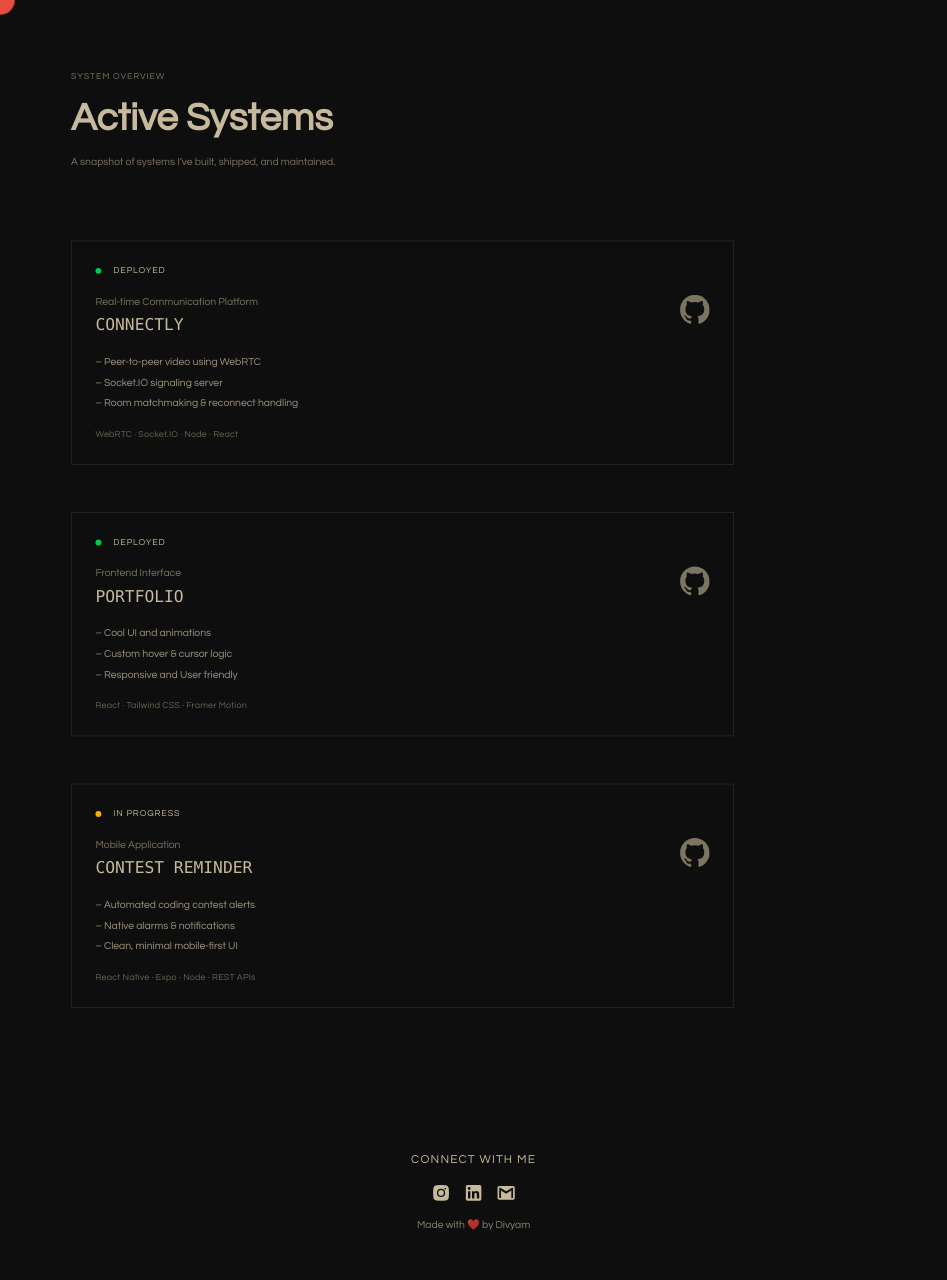
Repository: divyamGNH/DivyamPF
Page: /projects
The author's editor kept a copy of each file at every save. The page is drawn from the files as they stood at one save, then again after the next save.
The browser window is 1280 px wide. The pictures show the whole page, at 74% of full size.
The project was rebuilt for these pictures with package versions that can differ from the ones it lists, and the page was loaded fresh each time. Also part of the build but not shown: vite.config.js, src/App.css, src/components/MaskLayer.jsx, src/pages/Landing.jsx, src/pages/topProjects.jsx, src/pages/Navigations.jsx, src/animations/ScrolltoAnimate.jsx, src/pages/Home.jsx and 4 more.

Above is the page before, as saved 2025-12-21 03:24:01.

### index.html
<!doctype html>
<html lang="en">
  <head>
    <meta charset="UTF-8" />
    <meta name="viewport" content="width=device-width, initial-scale=1.0" />
    <title>DivyamPF</title>
    <link href="https://fonts.googleapis.com/css2?family=Poppins:wght@100..900&family=Questrial&display=swap" rel="stylesheet">
  </head>
  <body>
    <div id="root"></div>
    <script type="module" src="/src/main.jsx"></script>
  </body>
</html>

### src/App.jsx
import { BrowserRouter as Router, Routes, Route } from "react-router-dom";
import "./App.css";

import Home from "./pages/Home";
// import { MouseProvider } from "./Context/MouseContext.jsx";
import About from "./pages/About.jsx";
import Projects from "./pages/Projects.jsx";

import useMouseTracking from "./Hooks/useMouseTracking.js";
import CursorFollower from "./components/CursorFollower.jsx";
import Footer from "./pages/Footer.jsx";

function App() {

  useMouseTracking();

  return (
      <Router>
        <CursorFollower/>

        <Routes>
          <Route path="/" element={<Home />} />
          <Route path="/about" element={<About />} />
          <Route path="/projects" element={<Projects/>} />
          {/* <Route path="/contact" element={<Contact />} /> */}
        </Routes>

        <Footer/>
      </Router>

  );
}

export default App;

### src/index.css
@import url('https://fonts.googleapis.com/css2?family=Poppins:wght@100..900&family=Questrial&display=swap');
@import "tailwindcss";

body {
  margin: 0;
  background-color: #0E0E0E;
  font-family: 'Questrial', sans-serif;
}

### src/pages/Projects.jsx
import ProjectLanding from "./ProjectLanding"
import Socials from "./Socials"
import Navigations from "./Navigations"

const Projects = () => {
  return (
    <ProjectLanding/>
  )
}

export default Projects

### src/Hooks/useMouseTracking.js
import {useEffect} from "react";
import useMouseStore from "../Store/useMouseStore";

const useMouseTracking = ()=>{
    const setPosition = useMouseStore(state => state.setPosition);

    useEffect(()=>{
        const handleMouseMove = (e) => {
            setPosition(e.clientX, e.clientY);
        };

        window.addEventListener('mousemove', handleMouseMove);

        return () => {
            window.removeEventListener('mousemove', handleMouseMove);
        };
    },[setPosition]);
}

export default useMouseTracking;

### src/components/CursorFollower.jsx
import { motion } from 'framer-motion';
import useMouseStore from '../Store/useMouseStore.js';

const CursorFollower = () => {
  const x = useMouseStore(state => state.x);
  const y = useMouseStore(state => state.y);

  return (
    <>
      <motion.div
        className="cursor-circle"
        style={{
          position: 'fixed',
          width: '40px',
          height: '40px',
          borderRadius: '50%',
          backgroundColor: '#E74C3C',
          pointerEvents: 'none',
          zIndex: 1,
          // mixBlendMode: 'difference',
        }}
        animate={{
          left: x - 20,
          top: y - 20,
        }}
        transition={{
          type: 'spring',
          stiffness: 500,
          damping: 28,
          mass: 0.5,
        }}
      />
    </>
  );
};

export default CursorFollower;

### src/pages/Footer.jsx
function Footer() {
  return (
    <div
      id="footer"
      className="relative w-full max-w-full overflow-x-hidden bg-[#0E0E0E] text-[#C7B99B] py-16 z-1000"
    >
      <div className="flex flex-col items-center text-center gap-5">

        {/* TITLE */}
        <p className="tracking-widest text-md sm:text-base">
          CONNECT WITH ME
        </p>

        {/* SOCIAL ICONS */}
        <div className="flex items-center gap-4">
          <a href="https://www.instagram.com/divvvvvyam/" className="hover:opacity-80 transition" target="_blank" rel="noopener noreferrer">
            <img src="./instaIcon.svg" alt="Instagram" className="w-7 h-7" />
          </a>

          <a href="https://www.linkedin.com/in/divyam-khandelwal-b54594338/" className="hover:opacity-80 transition" target="_blank" rel="noopener noreferrer">
            <img src="./linkedinIcon.svg" alt="LinkedIn" className="w-7 h-7" />
          </a>

          <a href="https://mail.google.com/mail/?view=cm&fs=1&to=divyamproff1521@gmail.com" target="_blank" rel="noopener noreferrer" className="hover:opacity-80 transition">
            <img src="./gmailIcon.svg" alt="Email" className="w-7 h-7" />
          </a>

        </div>

        {/* FOOTER NOTE */}
        <p className="text-sm opacity-70">
          Made with ❤️ by Divyam
        </p>

      </div>
    </div>
  );
}

export default Footer;

### src/pages/ProjectLanding.jsx
// import GitHubIcon from "./github.svg";

function ProjectLanding() {
  return (
    <div className="min-h-[100svh] bg-[#0E0E0E] text-[#C7B99B] font-[Questrial] px-6 sm:px-12 md:px-24 pt-24 pb-32">
      {/* HEADER */}
      <div className="mb-24">
        <p className="text-xs tracking-widest opacity-60 mb-4">
          SYSTEM OVERVIEW
        </p>

        <h1 className="font-extrabold text-[38px] sm:text-[52px] leading-tight">
          Active Systems
        </h1>

        <p className="text-sm opacity-60 mt-4 max-w-xl">
          A snapshot of systems I’ve built, shipped, and maintained.
        </p>
      </div>

      {/* SYSTEM LIST */}
      <div className="space-y-16 max-w-4xl">
        <System
          status="DEPLOYED"
          statusColor="bg-green-500"
          title="Real-time Communication Platform"
          name="CONNECTLY"
          details={[
            "Peer-to-peer video using WebRTC",
            "Socket.IO signaling server",
            "Room matchmaking & reconnect handling",
          ]}
          stack="WebRTC · Socket.IO · Node · React"
          liveLink="https://connectly-video.vercel.app/"
          githubLink="https://github.com/divyamGNH/Connectly"
        />

        <System
          status="DEPLOYED"
          statusColor="bg-green-500"
          title="Frontend Interface"
          name="PORTFOLIO"
          details={[
            "Cool UI and animations",
            "Custom hover & cursor logic",
            "Responsive and User friendly",
          ]}
          stack="React · Tailwind CSS · Framer Motion"
          liveLink="https://divyamk.vercel.app/"
          githubLink="https://github.com/divyamGNH/DivyamPF"
        />

        <System
          status="IN PROGRESS"
          statusColor="bg-yellow-500"
          title="Mobile Application"
          name="CONTEST REMINDER"
          details={[
            "Automated coding contest alerts",
            "Native alarms & notifications",
            "Clean, minimal mobile-first UI",
          ]}
          stack="React Native · Expo · Node · REST APIs"
          liveLink="—"
          githubLink="https://github.com/divyamGNH/ContestReminder"
        />
      </div>
    </div>
  );
}

function System({
  status,
  statusColor,
  title,
  name,
  details,
  stack,
  liveLink,
  githubLink,
}) {
  return (
    <a
      href={liveLink}
      target="_blank"
      rel="noopener noreferrer"
      className="
        block
        border border-[#2A2A2A]
        p-6 sm:p-8
        transition-colors duration-300
        hover:border-[#3A3A3A]
        hover:bg-[#121212]
      "
    >
      {/* STATUS */}
      <div className="flex items-center gap-4 mb-6">
        <span className={`w-2 h-2 rounded-full ${statusColor}`} />
        <p className="text-xs tracking-widest">{status}</p>
      </div>

      {/* TITLE ROW */}
      <div className="flex items-start justify-between gap-4 mb-6">
        <div>
          <p className="text-sm opacity-60 mb-1">{title}</p>

          <h2 className="font-mono text-[20px] sm:text-[22px]">{name}</h2>
        </div>

        {/* GITHUB ICON */}
        <a
          href={githubLink}
          target="_blank"
          rel="noopener noreferrer"
          onClick={(e) => e.stopPropagation()}
          className="opacity-60 hover:opacity-100 transition"
          aria-label="GitHub Repository"
        >
          <img
            src="./github.svg"
            alt="GitHub"
            className="w-8 h-8 sm:w-10 sm:h-10"
          />
        </a>
      </div>

      {/* DETAILS */}
      <ul className="space-y-2 text-sm opacity-80 mb-6 max-w-xl">
        {details.map((item, i) => (
          <li key={i}>– {item}</li>
        ))}
      </ul>

      {/* STACK */}
      <p className="text-xs tracking-wide opacity-50">{stack}</p>
    </a>
  );
}

export default ProjectLanding;

### src/Store/useMouseStore.js
import { create } from "zustand";

const useMouseStore = create((set) => ({
  // State
  x: 0,
  y: 0,
  hover: false,   // NEW BOOLEAN STATE

  // Actions
  setPosition: (x, y) => set({ x, y }),
  setHover: (value) => set({ hover: value }),  // NEW ACTION
  setMouse:(x,y) => set({x,y}),
}));

export default useMouseStore;

### src/pages/Socials.jsx
const Socials = () => {
  return (
    <div>
      <div className="fixed bottom-5 left-5 flex flex-col gap-4.5 z-50">
        <a href="https://www.instagram.com/divvvvvyam/" target="_blank" rel="noopener noreferrer">
          <img src="/instaIcon.svg" alt="Instagram" className="gap-4.5 size-10"/>
        </a>
        <a href="https://www.linkedin.com/in/divyam-khandelwal-b54594338/" target="_blank" rel="noopener noreferrer">
          <img src="/linkedinIcon.svg" alt="LinkedIn" className="gap-4.5 size-10"/>
        </a>
        <a href="http://github.com/divyamGNH" target="_blank" rel="noopener noreferrer">
          <img src="/github.svg" alt="GitHub" className="gap-4.5 size-10"/>
        </a>
      </div>
    </div>
  );
};

export default Socials;

Loaded but not shown: src/main.jsx (common file)

After the next save:
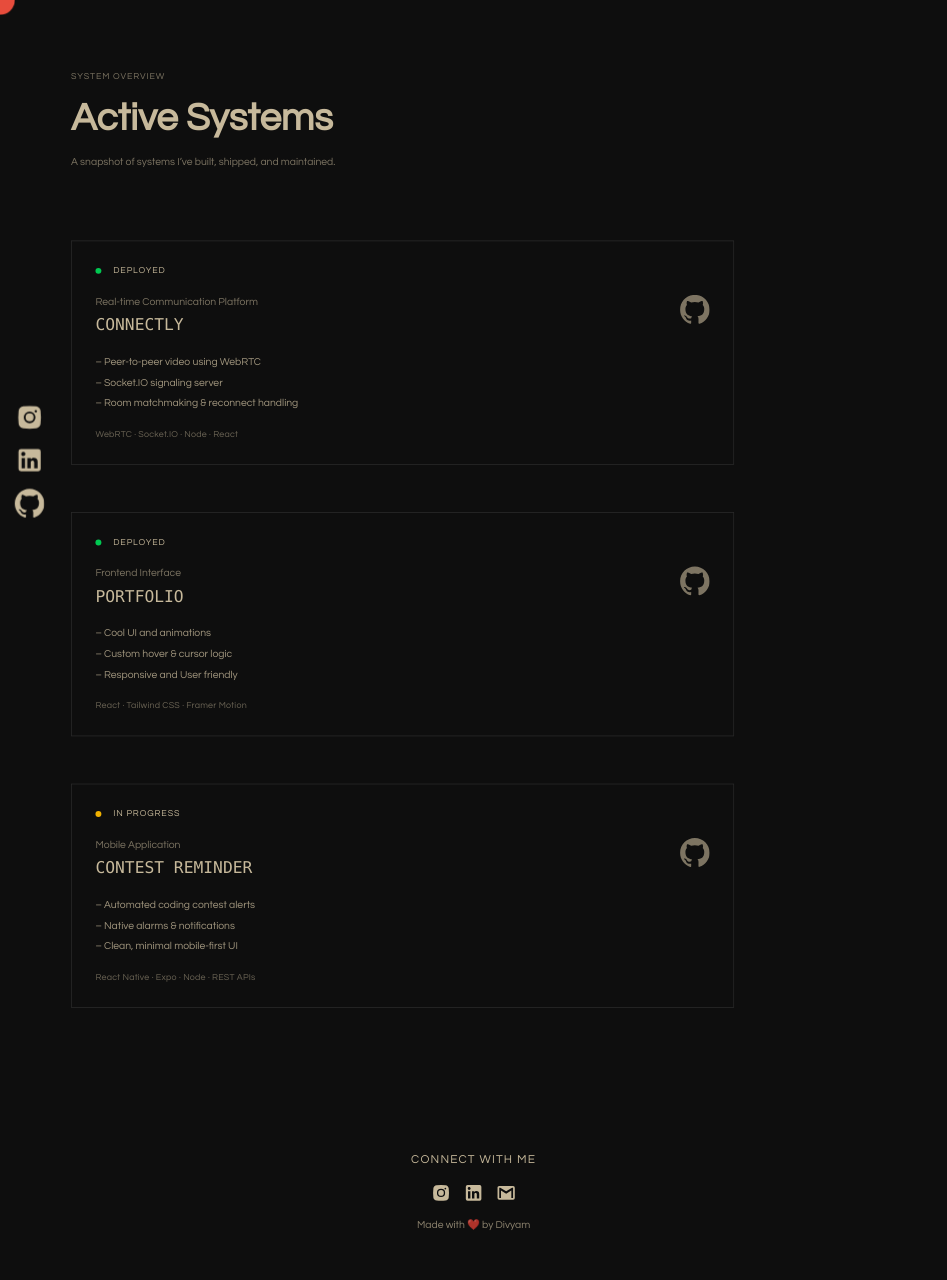
Saved 40 s later.
--- a/src/pages/Projects.jsx
+++ b/src/pages/Projects.jsx
@@ -4,7 +4,10 @@ import Navigations from "./Navigations"
 
 const Projects = () => {
   return (
-    <ProjectLanding/>
+    <div>
+        <Socials/>
+        <ProjectLanding/>
+    </div>
   )
 }
 
